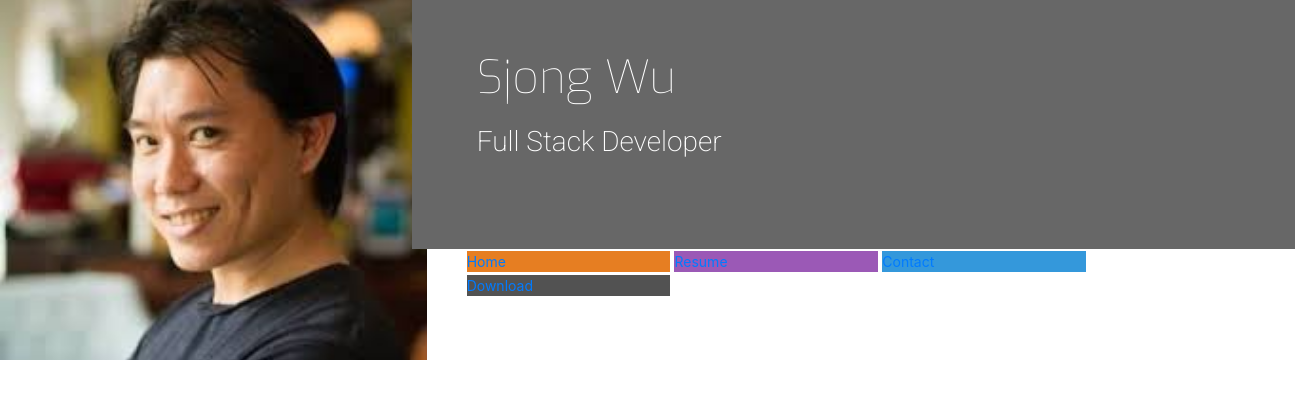
Repository: Scuzeme/codeinstitue-resume-project
Page: index.html
The author's editor kept a record of every edit. The page is drawn from the files as they stood at one moment, then again after the next edit.
The browser window is 1280 px wide. The page is 1295 px wide, so the pictures cover 1295 px, including what lies to the right of the window. The pictures show the whole page.

Above is the page before.

After the next edit:
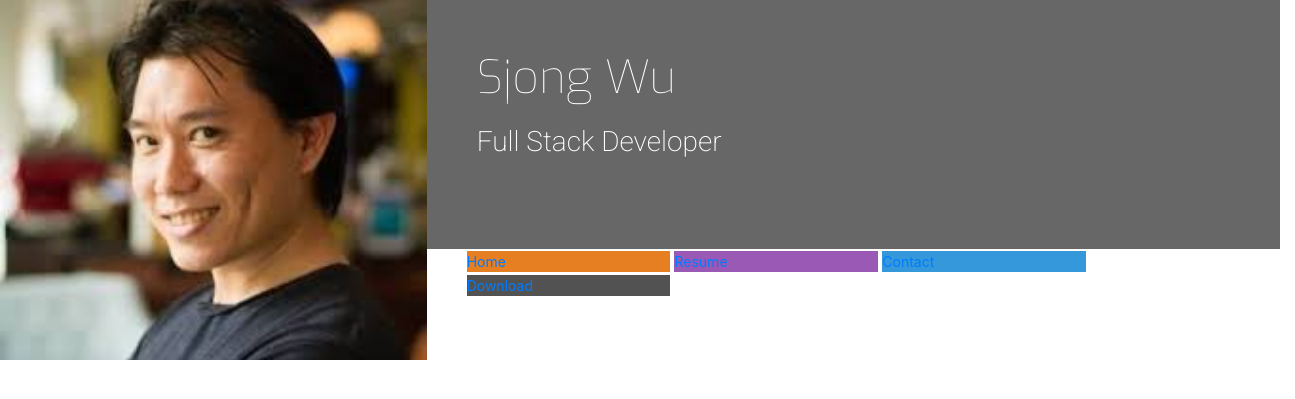
The edit:
--- a/index.html
+++ b/index.html
@@ -18,7 +18,7 @@
 
             </a>
             <div class="col-md-8">
-                <div class="row no-gutter bg-color-name-title">
+                <div class="row no-gutters bg-color-name-title">
                     <div class="col heading">
                         <h1 class="name">Sjong Wu</h1>
                         <h2 class="title">Full Stack Developer</h2>
